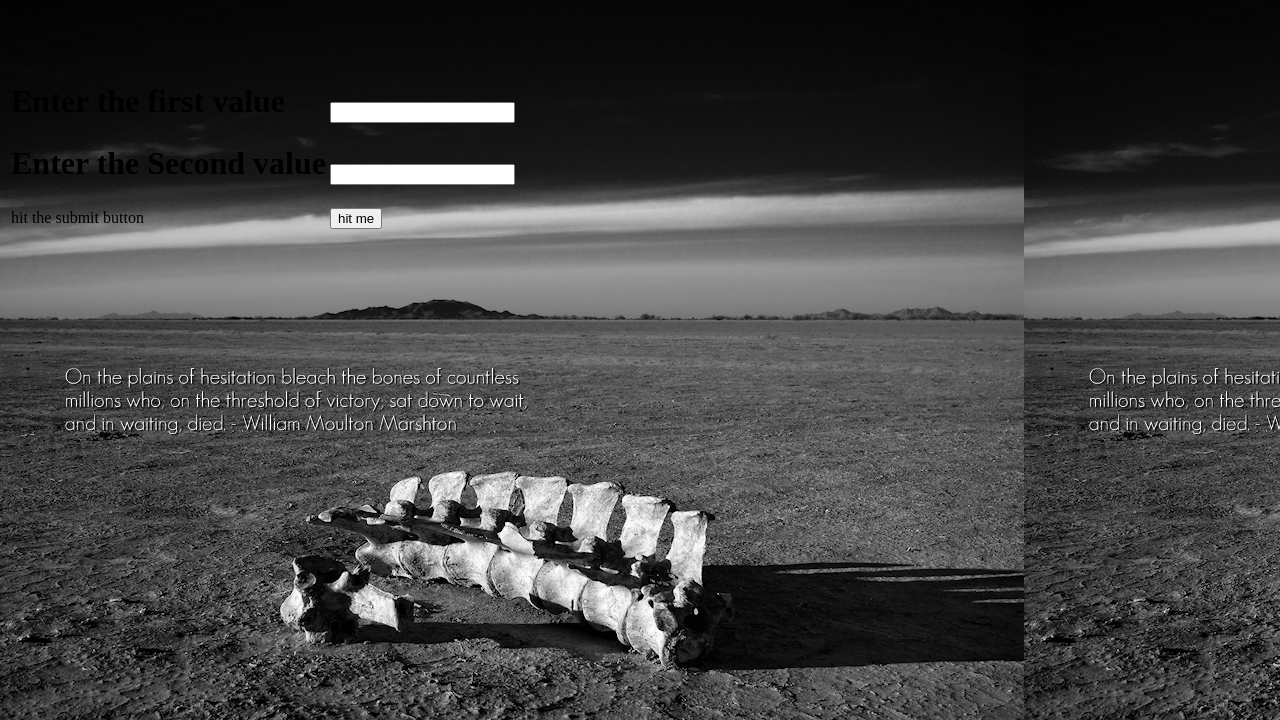
Repository: dhanasekar13/servlet
Page: mystore/war/login.html
An editor plug-in stored every save of this project. The page is shown before and after the next save, followed by the edit.
The browser window is 1280 px wide. The pictures show the whole page.

Above is the page before, as saved 2017-05-09 17:40:14.

After the next save:
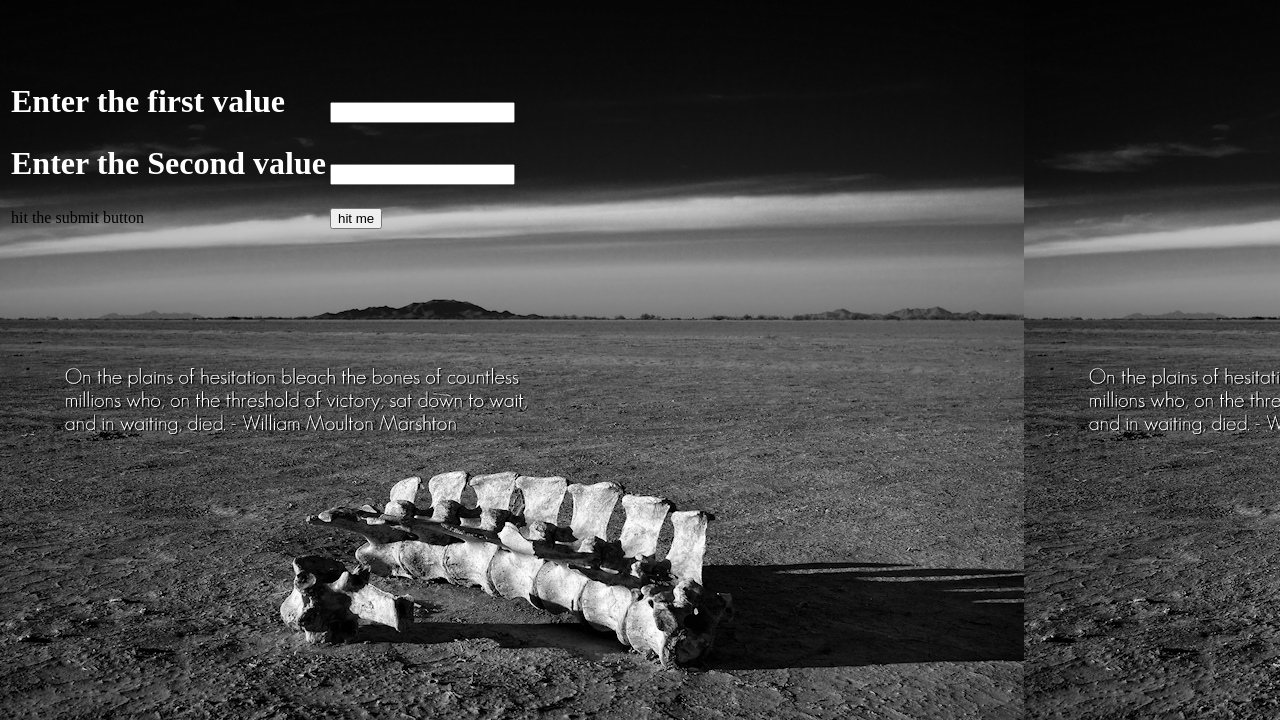
Saved 2 min 23 s later.
--- a/mystore/war/login.html
+++ b/mystore/war/login.html
@@ -3,7 +3,7 @@
 <base target="_self">
 <style type="text/css">
 h1 {
-color:whitle;
+color: #FFFFFF;
 
 }
 

After the save that followed:
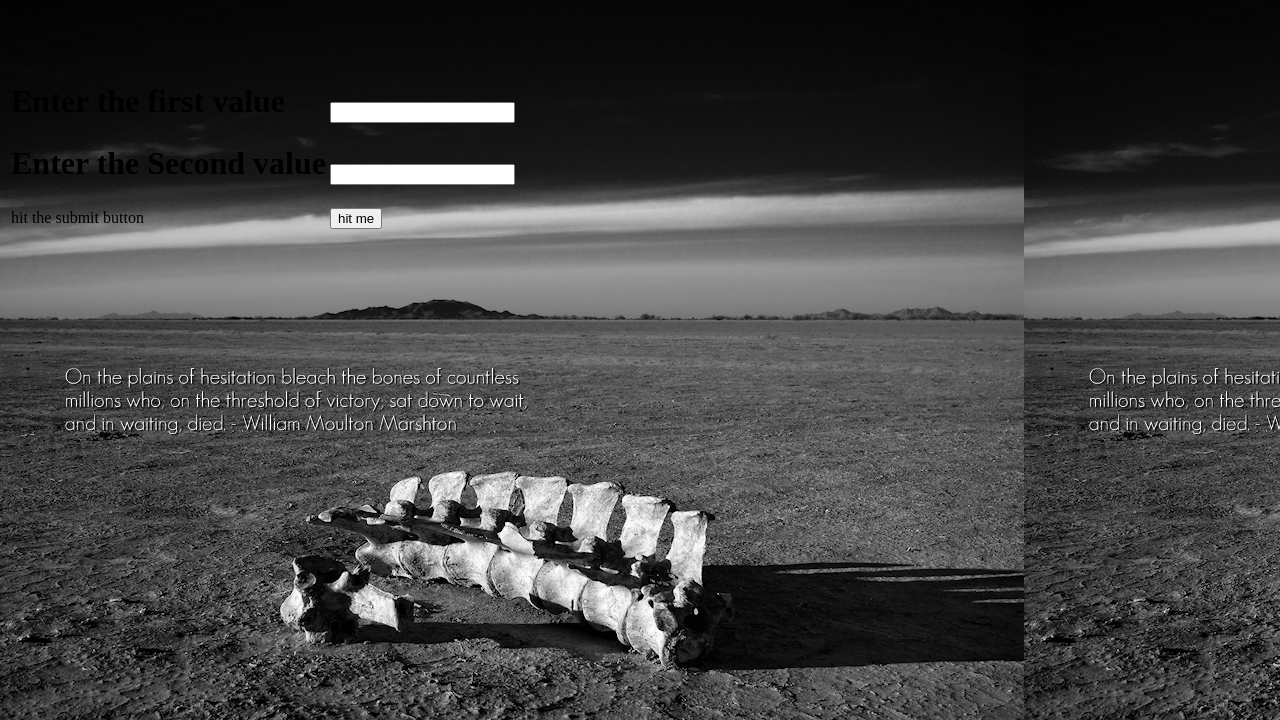
Saved 56 s later.
--- a/mystore/war/login.html
+++ b/mystore/war/login.html
@@ -2,8 +2,7 @@
 <head>
 <base target="_self">
 <style type="text/css">
-h1 {
-color: #FFFFFF;
+h1 {font-color: #FFFFFF;
 
 }
 
